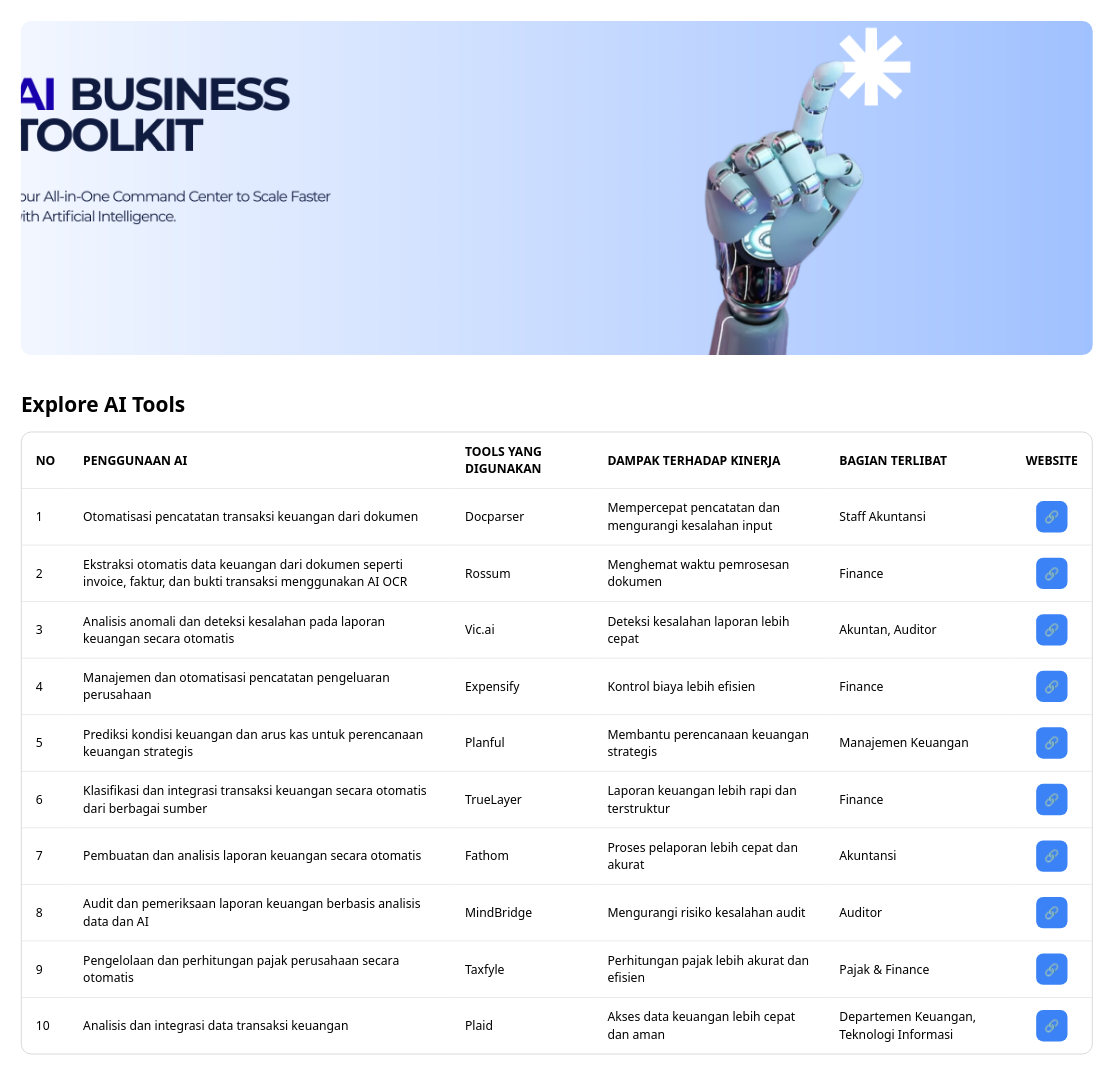
Repository: MUHAMADTEGARWIJAYA/AI-BUSINESS-TOOLKIT
Page: /ai/keuangan
These files come from the project's save history. The page is drawn as it stood at one moment and after a run of saves; the edit follows.
The browser window is 1280 px wide. The pictures show the whole page, at 87% of full size.
The project was rebuilt for these pictures with package versions that can differ from the ones it lists, and the page was loaded fresh each time. Also part of the build but not shown: vite.config.js, src/views/NamaFloating.vue, src/views/FooterView.vue, src/views/HomeView.vue, src/views/AiOperansional.vue, src/views/AiSdm.vue, src/views/AiStrategi.vue, src/views/AiPemasaran.vue.

Above is the page before, as saved 2026-01-08 20:23:39.

After the next 2 saves:
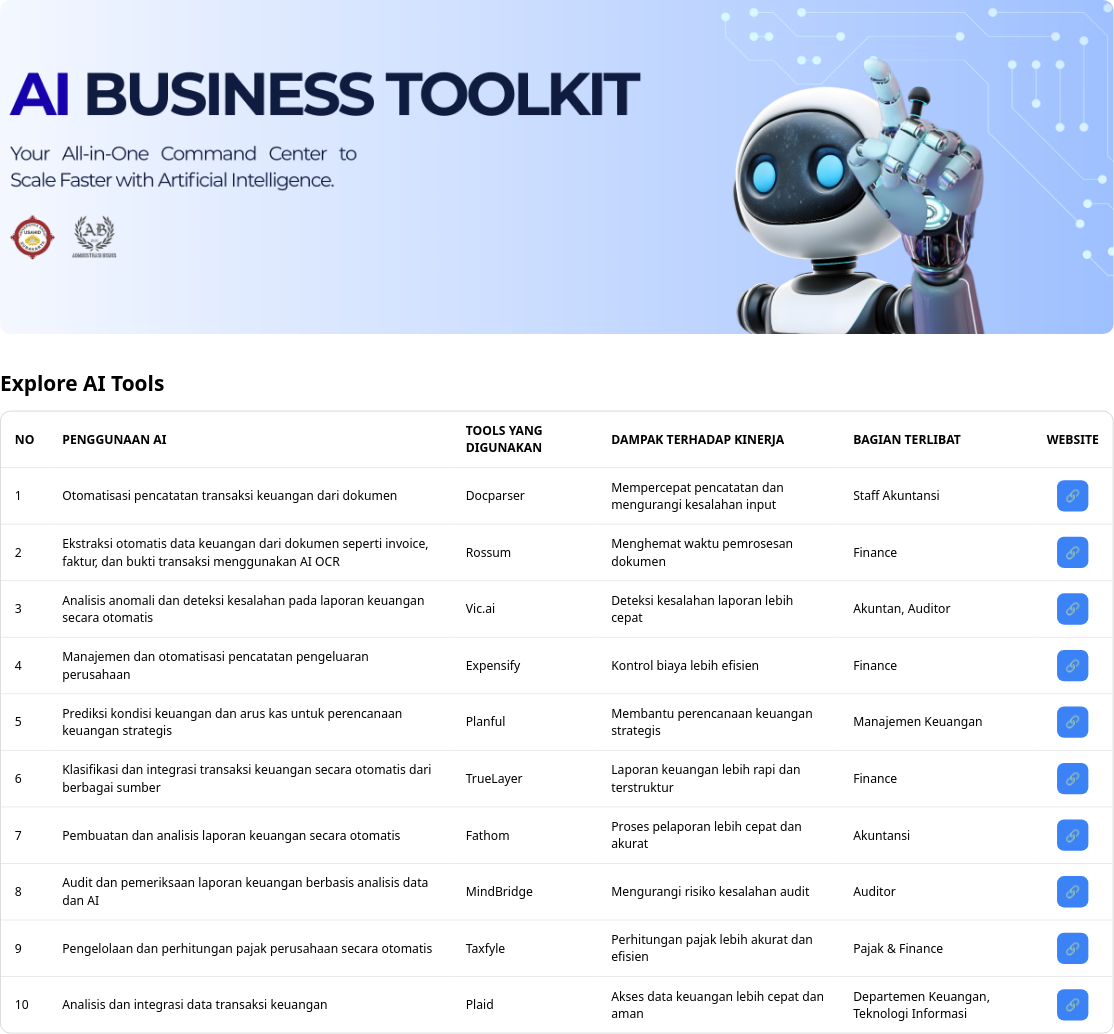
The 2 saves are shown as one change because they came seconds apart.
The last was saved 71 s later.
--- a/src/views/AiKeuanganAkuntansi.vue
+++ b/src/views/AiKeuanganAkuntansi.vue
@@ -3,12 +3,12 @@
 </script>
 
 <template>
-  <div class="min-h-screen bg-white p-6">
+  <div class="min-h-screen bg-white">
     <div class="w-full max-w-full mb-10">
       <!-- Background Image -->
       <div
         class="w-full h-96 rounded-xl bg-cover bg-no-repeat bg-center"
-        style="background-image: url('/cc.png')"
+        style="background-image: url('/ai.png')"
       ></div>
     </div>
     <h1 class="text-black text-2xl font-bold mb-4">Explore AI Tools</h1>
